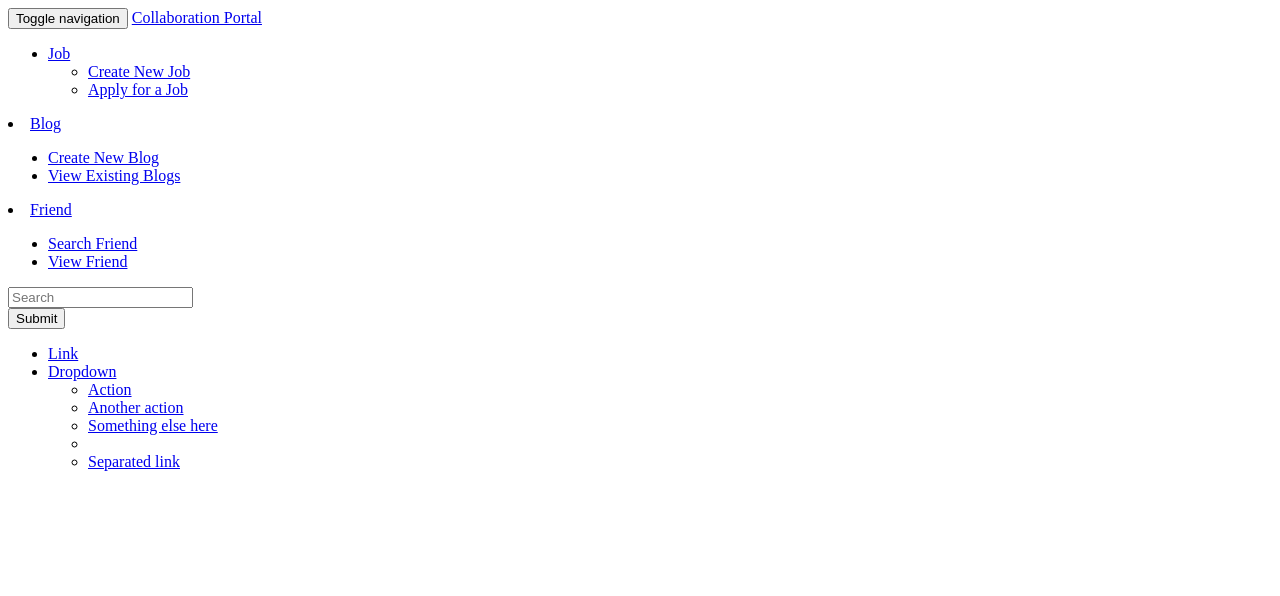
Repository: KaustubhKamat/CollaborationPlatform
Page: CollaborationFrontEnd/WebContent/NavBar.html
An editor plug-in stored every save of this project. The page is shown before and after the next save, followed by the edit.
The browser window is 1280 px wide. The pictures show the whole page.

Above is the page before, as saved 2017-03-01 14:08:11.

### CollaborationFrontEnd/WebContent/NavBar.html
<nav class="navbar navbar-default">
	<div class="container-fluid">
		<!-- Brand and toggle get grouped for better mobile display -->
		<div class="navbar-header">
			<button type="button" class="navbar-toggle collapsed"
				data-toggle="collapse" data-target="#bs-example-navbar-collapse-1"
				aria-expanded="false">
				<span class="sr-only">Toggle navigation</span> <span
					class="icon-bar"></span> <span class="icon-bar"></span> <span
					class="icon-bar"></span>
			</button>

			<a class="navbar-brand" href="#">Collaboration Portal</a>
		</div>

		<!-- Collect the nav links, forms, and other content for toggling -->

		<div class="collapse navbar-collapse"
			id="bs-example-navbar-collapse-1">
			<ul class="nav navbar-nav">
				<li class="dropdown"><a href="#" class="dropdown-toggle"
					data-toggle="dropdown" role="button">Job <span class="caret"></span></a>
					<ul class="dropdown-menu">
						<li><a href="#">Create New Job</a></li>
						<li><a href="#">Apply for a Job</a></li>
					</ul></li>
			</ul>

			<li class="dropdown"><a href="#" class="dropdown-toggle"
				data-toggle="dropdown" role="button">Blog <span class="caret"></span></a>
				<ul class="dropdown-menu">
					<li><a href="#">Create New Blog</a></li>
					<li><a href="#">View Existing Blogs</a></li>
				</ul></li>
			</ul>

			<li class="dropdown"><a href="#" class="dropdown-toggle"
				data-toggle="dropdown" role="button">Friend <span class="caret"></span></a>
				<ul class="dropdown-menu">
					<li><a href="#">Search Friend</a></li>
					<li><a href="#">View Friend</a></li>
				</ul></li>
			</ul>

			<form class="navbar-form navbar-left">
				<div class="form-group">
					<input type="text" class="form-control" placeholder="Search">
				</div>
				<button type="submit" class="btn btn-default">Submit</button>
			</form>
			<ul class="nav navbar-nav navbar-right">
				<li><a href="#">Link</a></li>
				<li class="dropdown"><a href="#" class="dropdown-toggle"
					data-toggle="dropdown" role="button" aria-haspopup="true"
					aria-expanded="false">Dropdown <span class="caret"></span></a>
					<ul class="dropdown-menu">
						<li><a href="#">Action</a></li>
						<li><a href="#">Another action</a></li>
						<li><a href="#">Something else here</a></li>
						<li role="separator" class="divider"></li>
						<li><a href="#">Separated link</a></li>
					</ul></li>
			</ul>
		</div>
		<!-- /.navbar-collapse -->
	</div>
	<!-- /.container-fluid -->
</nav>

After the next save:
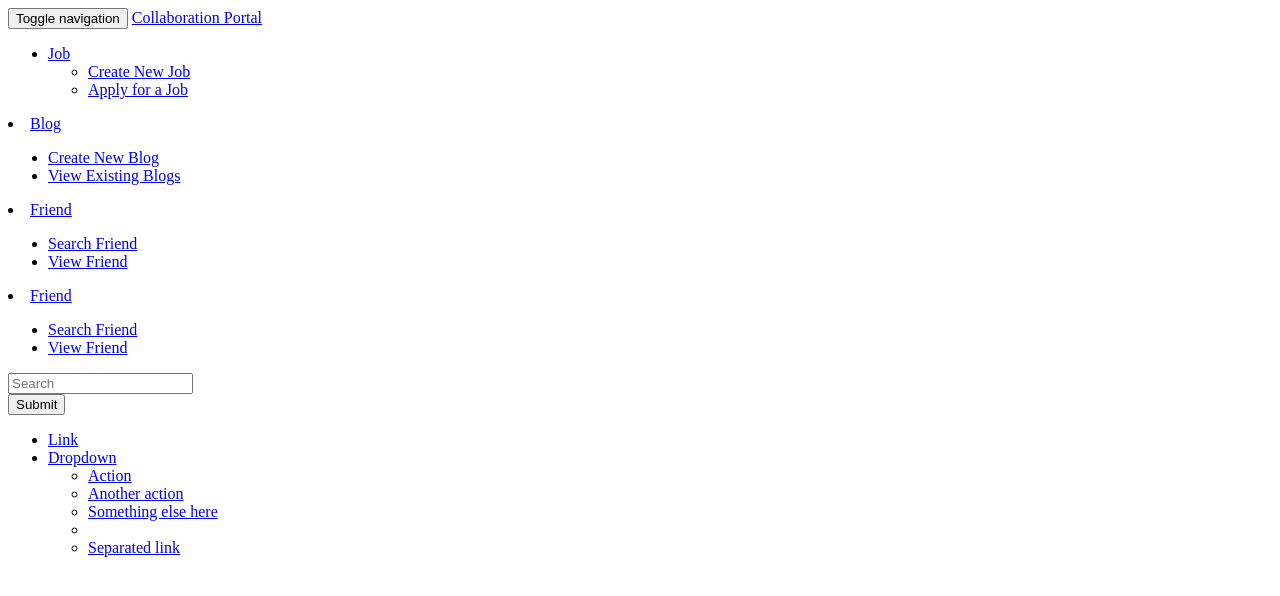
Saved 14 h 53 min later.
--- a/CollaborationFrontEnd/WebContent/NavBar.html
+++ b/CollaborationFrontEnd/WebContent/NavBar.html
@@ -42,6 +42,14 @@
 				</ul></li>
 			</ul>
 
+			<li class="dropdown"><a href="#" class="dropdown-toggle"
+				data-toggle="dropdown" role="button">Friend <span class="caret"></span></a>
+				<ul class="dropdown-menu">
+					<li><a href="#">Search Friend</a></li>
+					<li><a href="#">View Friend</a></li>
+				</ul></li>
+			</ul>
+
 			<form class="navbar-form navbar-left">
 				<div class="form-group">
 					<input type="text" class="form-control" placeholder="Search">
